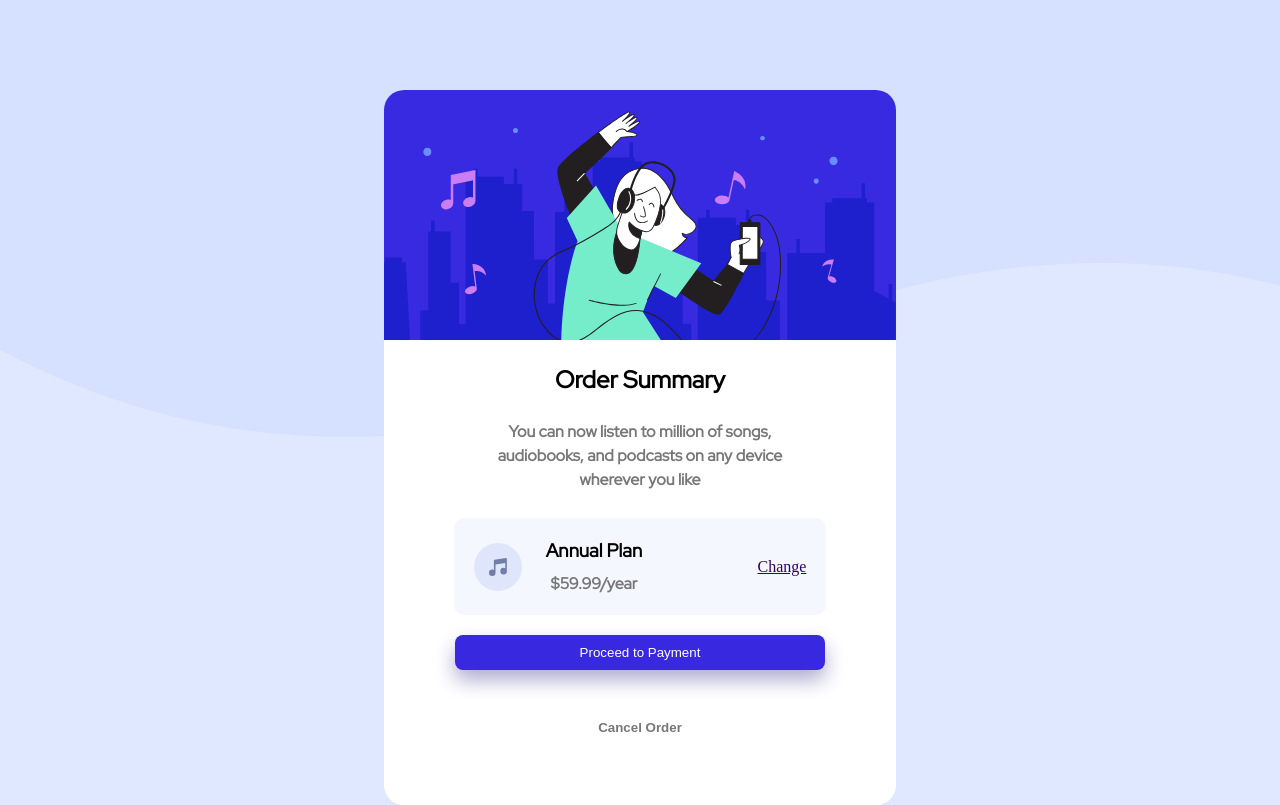
Repository: karanjain71/css-practice
Page: order-summary-component-main/index.html
An editor plug-in stored every save of this project. The page is shown before and after the next save, followed by the edit.
The browser window is 1280 px wide. The pictures show the whole page.

Above is the page before, as saved 2022-01-29 21:31:56.

After the next save:
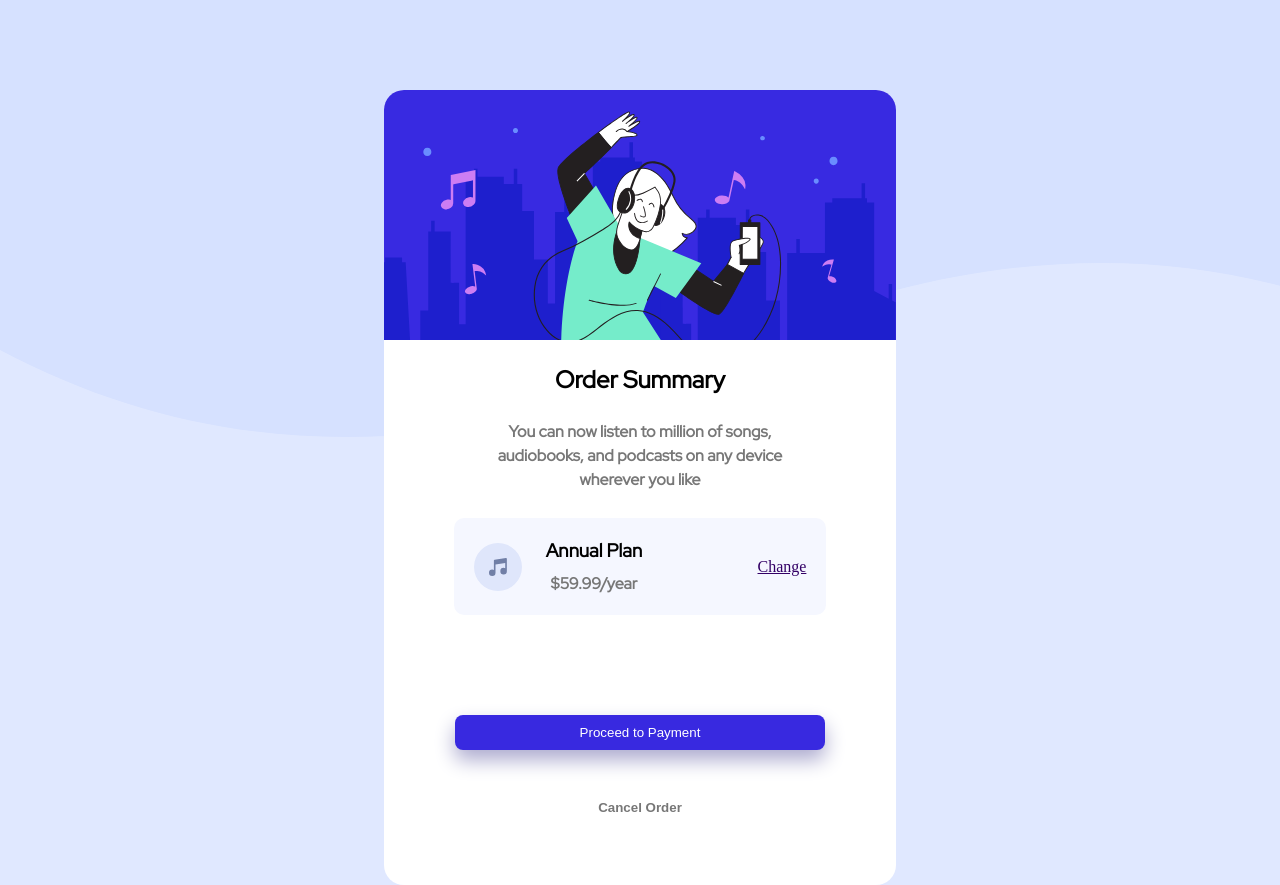
Saved 21 s later.
--- a/order-summary-component-main/style.css
+++ b/order-summary-component-main/style.css
@@ -75,11 +75,11 @@
 }
 
 .button-group{
-    margin-top: 80px;
     width: 80%;
     display: flex;
     flex-direction: column;
     margin: auto;
+    margin-top: 80px;
 }
 
 .button1{
